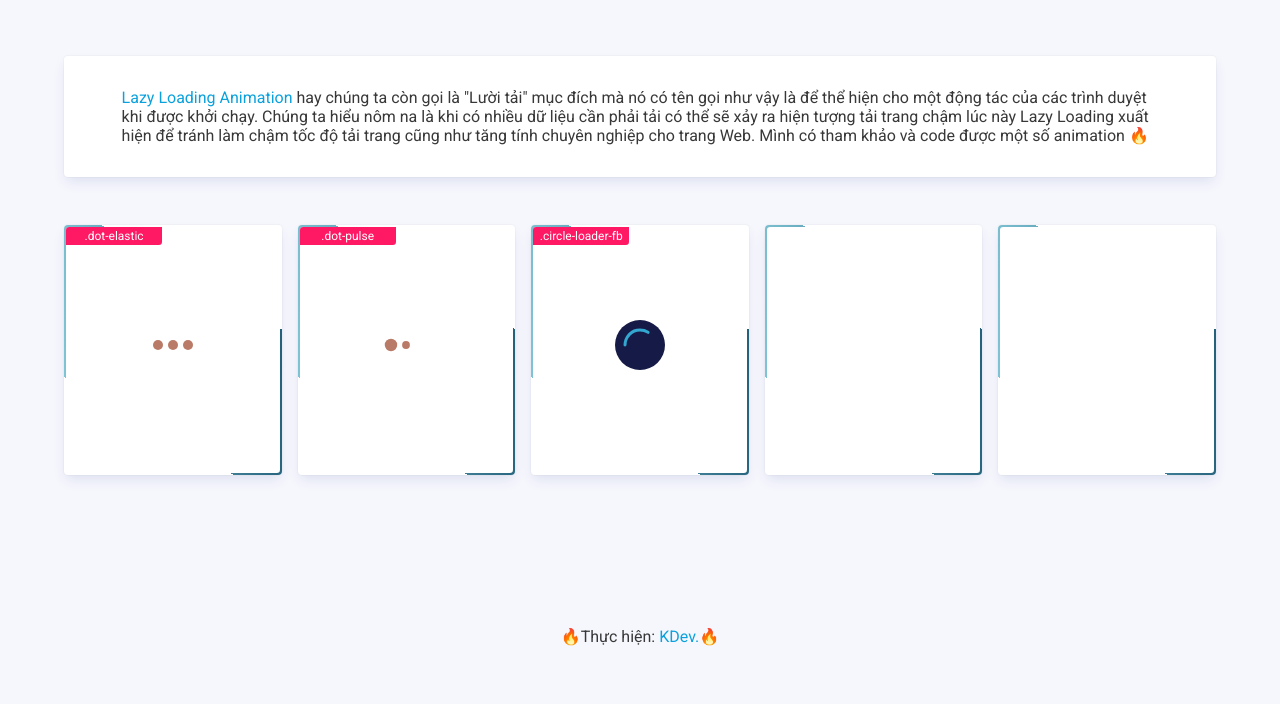
Repository: haokiet2501/lazy-loader-animation
Page: index.html
The author's editor kept a copy of each file at every save. The page is drawn from the files as they stood at one save, then again after the next save.
The browser window is 1280 px wide. The pictures show the whole page.
The style sheet was rebuilt from its Sass, Less or Tailwind sources for each picture, by a compiler version that may differ from the author's.

Above is the page before, as saved 2022-05-07 01:27:18.

### index.html
<!DOCTYPE html>
<html lang="en">
<head>
    <meta charset="UTF-8">
    <meta http-equiv="X-UA-Compatible" content="IE=edge">
    <meta name="viewport" content="width=device-width, initial-scale=1.0">
    <link rel="shortcut icon" href="image/KDEV.png" type="image/x-icon">
    <link rel="stylesheet" href="sass/css/styles.css">
    <title>Lazy Loading Animation</title>
</head>
<body>
    <div class="container">
        <div class="title">
            <a href="/" target="_blank">Lazy Loading Animation</a> hay chúng ta còn gọi là "Lười tải" mục đích mà nó có tên gọi như vậy là để thể hiện cho một động tác của các trình duyệt khi được khởi chạy. Chúng ta hiểu nôm na là khi có nhiều dữ liệu cần phải tải có thể sẽ xảy ra hiện tượng tải trang chậm lúc này Lazy Loading xuất hiện để tránh làm chậm tốc độ tải trang cũng như tăng tính chuyên nghiệp cho trang Web. Mình có tham khảo và code được một số animation 🔥
        </div>

        <div class="row">
            <div class="box">
                <div class="snippet" data-title=".dot-elastic"></div>
                <div class="dot">
                    <div class="dot__elastic"></div>
                </div>
            </div>

            <div class="box">
                <div class="snippet" data-title=".dot-pulse"></div>
                <div class="dot">
                    <div class="dot__pulse"></div>
                </div>
            </div>

            <div class="box">
                <div class="snippet" data-title=".circle-loader-fb"></div>
                <div class="dot">
                    <div class="dot__cirle__fb">
                        <svg>
                            <circle cx="15" cy="15" r="15"></circle>
                        </svg>
                    </div>
                </div>
            </div>

            <div class="box">
                <div class="dot">

                </div>
            </div>
            <div class="box">
                <div class="dot">

                </div>
            </div>
        </div>

        <footer class="footer">
            <p>
                🔥Thực hiện: <a href="/" target="_blank">KDev.</a>🔥
            </p>
        </footer>
    </div>
</body>
</html>

### sass/styles.scss
@import 'base/base';

$color-text: #383838;

.container {
    padding: 2rem 4rem;
}

.title {
    background: #fff;
    padding: 2rem 5%;
    margin: 1.5rem 0;
    box-shadow: 0 .4rem .8rem -.1rem rgba(0, 32, 128, .1), 0 0 0 1px #f0f2f7;
    border-radius: .25rem;
    color: $color-text;
}

.row {
    display: grid;
    grid-template-columns: repeat(auto-fill, minmax(184px, 1fr));
    gap: 24px 16px;
}

.box {
    position: relative;
    height: 250px;
    background: #fff;
    padding: 2rem 5%;
    margin: 1.5rem 0;
    box-shadow: 0 .4rem .8rem -.1rem rgba(0, 32, 128, .1), 0 0 0 1px #f0f2f7;
    border-radius: .25rem;
    overflow: hidden;
    z-index: 9;
}

.box::before {
    content: '';
    position: absolute;
    top: -3rem;
    left: 32px;
    width: 150px;
    height: 140%;
    background: linear-gradient(145deg, #053F5C , #9FE7F5);
    animation: animate 15s linear infinite;
}

.box::after {
    content: '';
    position: absolute;
    inset: 2px;
    background: #fff;
    border-radius: .20rem;
}

@keyframes animate {
    0% {
        transform: rotate(0deg);
    }
    100% {
        transform: rotate(360deg);
    }
}

.snippet {
    position: relative;
    z-index: 10;
    top: -1.87rem;
    left: -.55rem;
    padding: 2px 5px;
    text-align: center;
    background-color: rgb(255, 25, 100);
    width: 6rem;
    font-size: .75rem;
    color: #fff;
    border-radius: .20rem 0 .20rem 0;
}

.snippet::before {
    content: attr(data-title);
}

.dot {
    position: relative;
    z-index: 10;
    top: 35%;
    display: flex;
    justify-content: center;
    align-items: center;

    &__elastic {
        position: relative;
        width: 10px;
        height: 10px;
        border-radius: 5px;
        background-color: var(--color-circle);
        color: var(--color-circle);
        animation: dotElastic 1s linear infinite;
    }

    &__elastic::before, &__elastic::after {
        content: '';
        display: inline-block;
        position: absolute;
        top: 0;
    }

    &__elastic::before {
        left: -15px;
        width: 10px;
        height: 10px;
        border-radius: 5px;
        background-color: var(--color-circle);
        color: var(--color-circle);
        animation: dotElasticBefore 1s linear infinite;
    }

    &__elastic::after {
        left: 15px;
        width: 10px;
        height: 10px;
        border-radius: 5px;
        background-color: var(--color-circle);
        color: var(--color-circle);
        animation: dotElasticAfter 1s linear infinite;
    }

    @keyframes dotElasticBefore{
        0% {
            transform: scale(1, 1);
        }
        25% {
            transform: scale(1, 1.5);
        }
        50% {
            transform:  scale(1, 0.67);
        }
        75% {
            transform:  scale(1, 1);
        }
        100% {
            transform:  scale(1, 1);
        }
    }

    @keyframes dotElastic{
        0% {
            transform: scale(1, 1);
        }
        25% {
            transform: scale(1, 1);
        }
        50% {
            transform:  scale(1, 1.5);
        }
        75% {
            transform:  scale(1, 1);
        }
        100% {
            transform:  scale(1, 1);
        }
    }
    @keyframes dotElasticAfter{
        0% {
            transform: scale(1, 1);
        }
        25% {
            transform: scale(1, 1);
        }
        50% {
            transform:  scale(1, 0.67);
        }
        75% {
            transform:  scale(1, 1.5);
        }
        100% {
            transform:  scale(1, 1);
        }
    }

    &__pulse {
        position: relative;
        left: -9999px;
        width: 10px;
        height: 10px;
        background-color: var(--color-circle);
        color: var(--color-circle);
        border-radius: 5px;
        box-shadow: 9999px 0 0 -5px var(--color-circle);
        animation: dotPulse 1.5s linear infinite;
        animation-delay: .25s;
    }

    &__pulse::before, &__pulse::after {
        content: '';
        display: inline-block;
        position: absolute;
        top: 0;
        width: 10px;
        height: 10px;
        border-radius: 5px;
        background-color: var(--color-circle);
        color: var(--color-circle);
    }

    &__pulse::before {
        box-shadow: 9984px 0 0 -5px var(--color-circle);
        animation: dotPulseBefore 1.5s linear infinite;
        animation-delay: 0s;
    }

    &__pulse::after {
        box-shadow: 10014px 0 0 -5px var(--color-circle);
        animation: dotPulseAfter 1.5s linear infinite;
        animation-delay: .5s;
    }

    @keyframes dotPulseBefore {
        0% {
            box-shadow: 9984px 0 0 -5px var(--color-circle);
        }
        30% {
            box-shadow: 9984px 0 0 2px var(--color-circle);
        }
        60%, 100% {
            box-shadow: 9984px 0 0 -5px var(--color-circle);
        }
    }

    @keyframes dotPulse {
        0% {
            box-shadow: 9999px 0 0 -5px var(--color-circle);
        }
        30% {
            box-shadow: 9999px 0 0 2px var(--color-circle);
        }
        60%, 100% {
            box-shadow: 9999px 0 0 -5px var(--color-circle);
        }
    }
    @keyframes dotPulseAfter {
        0% {
            box-shadow: 10014px 0 0 -5px var(--color-circle);
        }
        30% {
            box-shadow: 10014px 0 0 2px var(--color-circle);
        }
        60%, 100% {
            box-shadow: 10014px 0 0 -5px var(--color-circle);
        }
    }

    &__cirle__fb {
        position: relative;
        top: -20px;
        width: 50px;
        height: 50px;
        background: #151B46;
        border-radius: 50%;
    }

    svg {
        display: relative;
        width: 50px;
        height: 50px;
        animation: spinner 2s linear infinite;
    }

    @keyframes spinner {
        0% {
            transform: rotate(0deg);
        }
        100% {
            transform: rotate(360deg);
        }
    }

    circle {
        width: 100%;
        height: 100%;
        fill: none;
        stroke-width: 3;
        stroke: #33A7D0;
        stroke-linecap: round;
        transform: translate(10px, 10px);
        stroke-dasharray: 85;
        stroke-dashoffset: 85;
        background: #33A7D0;
        animation: circle 4s linear infinite;
        animation-delay: .25s;
        transition: .4s ease-in-out;
    }

    @keyframes circle {
        0%, 100% {
            stroke-dashoffset: 85;
        }
        50% {
            stroke-dashoffset: 0;
        }
        50.1% {
            stroke-dashoffset: 170;
        }
    }
}

.footer {
    display: flex;
    justify-content: center;
    align-items: center;
    margin: 128px 0 20px;
}

.footer > p {
    color: $color-text;
}

### sass/base/_base.scss
@import url('https://fonts.googleapis.com/css2?family=Roboto:wght@300;400;500;700&display=swap');

:root {
    --color-circle: #B97A67;
}

*, ::before, ::after {
    margin: 0;
    padding: 0;
    box-sizing: border-box;
}

html, body {
    scroll-behavior: smooth;
    font-family: 'Roboto', sans-serif;
    background: #f6f7fd;
    height: 100%;
    overflow: auto;
}

a {
    text-decoration: none;
    color: #0AA1DD;
}

After the next save:
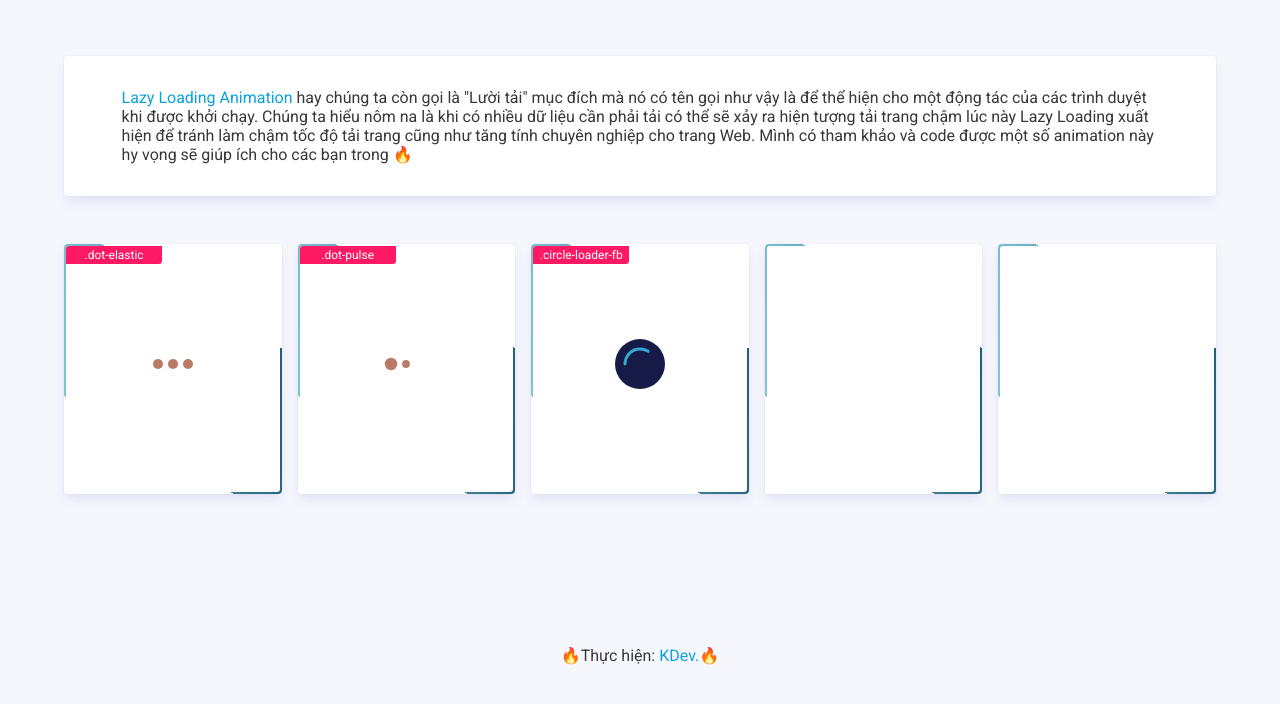
Saved 17 s later.
--- a/index.html
+++ b/index.html
@@ -11,7 +11,7 @@
 <body>
     <div class="container">
         <div class="title">
-            <a href="/" target="_blank">Lazy Loading Animation</a> hay chúng ta còn gọi là "Lười tải" mục đích mà nó có tên gọi như vậy là để thể hiện cho một động tác của các trình duyệt khi được khởi chạy. Chúng ta hiểu nôm na là khi có nhiều dữ liệu cần phải tải có thể sẽ xảy ra hiện tượng tải trang chậm lúc này Lazy Loading xuất hiện để tránh làm chậm tốc độ tải trang cũng như tăng tính chuyên nghiệp cho trang Web. Mình có tham khảo và code được một số animation 🔥
+            <a href="/" target="_blank">Lazy Loading Animation</a> hay chúng ta còn gọi là "Lười tải" mục đích mà nó có tên gọi như vậy là để thể hiện cho một động tác của các trình duyệt khi được khởi chạy. Chúng ta hiểu nôm na là khi có nhiều dữ liệu cần phải tải có thể sẽ xảy ra hiện tượng tải trang chậm lúc này Lazy Loading xuất hiện để tránh làm chậm tốc độ tải trang cũng như tăng tính chuyên nghiệp cho trang Web. Mình có tham khảo và code được một số animation này hy vọng sẽ giúp ích cho các bạn trong 🔥
         </div>
 
         <div class="row">
